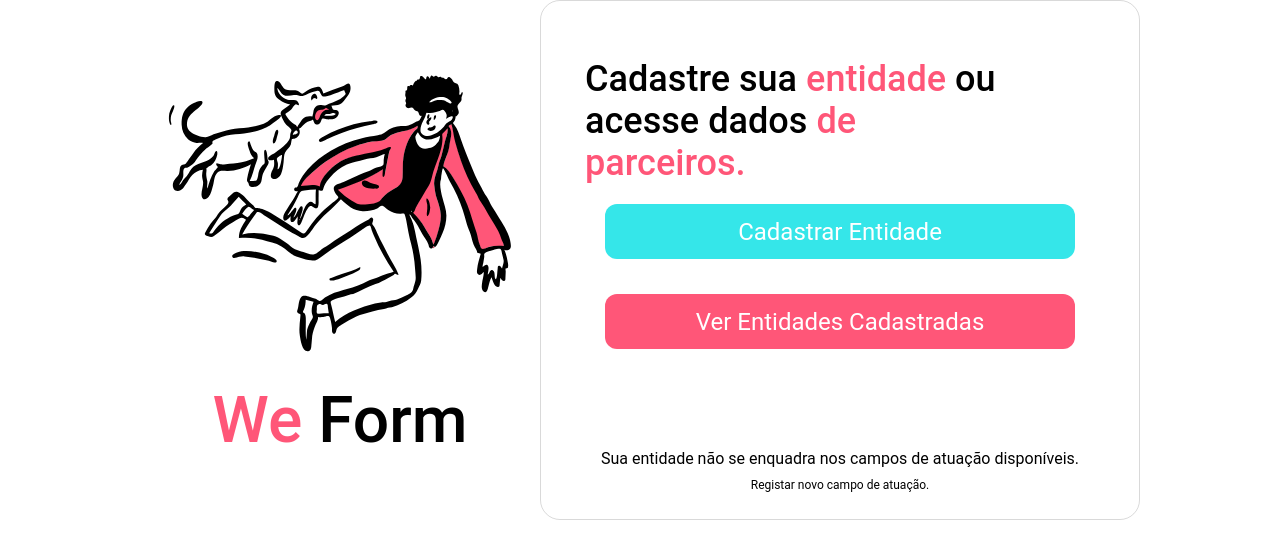
Repository: guilhermecardoso93/we-form
Page: index.html
An editor plug-in stored every save of this project. The page is shown before and after the next save, followed by the edit.
The browser window is 1280 px wide. The pictures show the whole page.

Above is the page before, as saved 2024-06-09 17:45:05.

### index.html
<!DOCTYPE html>
<html lang="pt-BR">

<head>
    <meta charset="UTF-8">
    <meta name="viewport" content="width=device-width, initial-scale=1.0">
    <link rel="stylesheet" href="./styles.css">
    <title>We Form</title>
</head>

<body>
    <div class="content">

        <aside>
            <img src="./assets/hero.svg" alt="Ilustração mulher com cachorro" />
            <h1>
                <span>We</span> Form
            </h1>
        </aside>

        <main>
            <h2>Cadastre sua <span>entidade</span> ou acesse dados <span>de parceiros.</span></h2>
            <div class="buttons">
                <button>
                <a href="http://">Cadastrar Entidade</a>
            </button>
                <button>
                <a href="http://">Ver Entidades Cadastradas</a>
            </button>
            </div>
            <div class="footer">
                <p>Sua entidade não se enquadra nos campos de atuação disponíveis.</p>
                <a href="http://">Registar novo campo de atuação.</a>
            </div>
        </main>
    </div>
</body>

</html>

### styles.css
* {
  padding: 0;
  margin: 0;
  box-sizing: border-box;
  font-family: Roboto, sans-serif;
}

:root {
  font-size: 62.5%;
}

body {
  font-size: 1.6rem;
  text-decoration: none;
}

.content {
 display: flex;
 align-items: center;
 justify-content:center;
}


aside {
  display: flex;
  flex-direction: column;
  align-items: center;
  justify-content: center;
  gap: 2rem;
}

aside h1 {
  font-size: 6.4rem;
  font-weight: 500;
  line-height: 75px;
}

aside h1>span, main h2>span {
  color: #FF5678;
}

aside img {
  width: 40rem;
}


main {
  width: 60rem;
  height: 52rem;
  border: 1px solid rgba(0, 0, 0, 0.15);
  border-radius: 20px;
  padding: 5.7rem 4.4rem;
}

main h2 {
  max-width: 43rem;
  font-size: 3.6rem;
  font-weight: 500;
}

.buttons {
  display: flex;
  flex-direction: column;
  justify-content: center;
  gap: 3.5rem;
  margin: 2rem;
}


.buttons button {
  background-color: #35e6e9;
  height: 5.5rem;
  border: none;
  border-radius: 12px;
}

.buttons button:hover {
  opacity: 0.5;
}

.buttons button a {
  text-decoration: none;
  color: #fff;
  font-size: 2.4rem;
}

.buttons button+button {
  background-color: #FF5678;
}

.footer {
  display: flex;
  flex-direction: column;
  align-items: center;
  justify-content: center;
  gap: 1rem;
}

.footer p {
  font-size: 1.6rem;
  margin-top: 8rem;
}

.footer a {
  font-size: 1.2rem;
  color: #000;
  text-decoration: none;
}

After the next save:
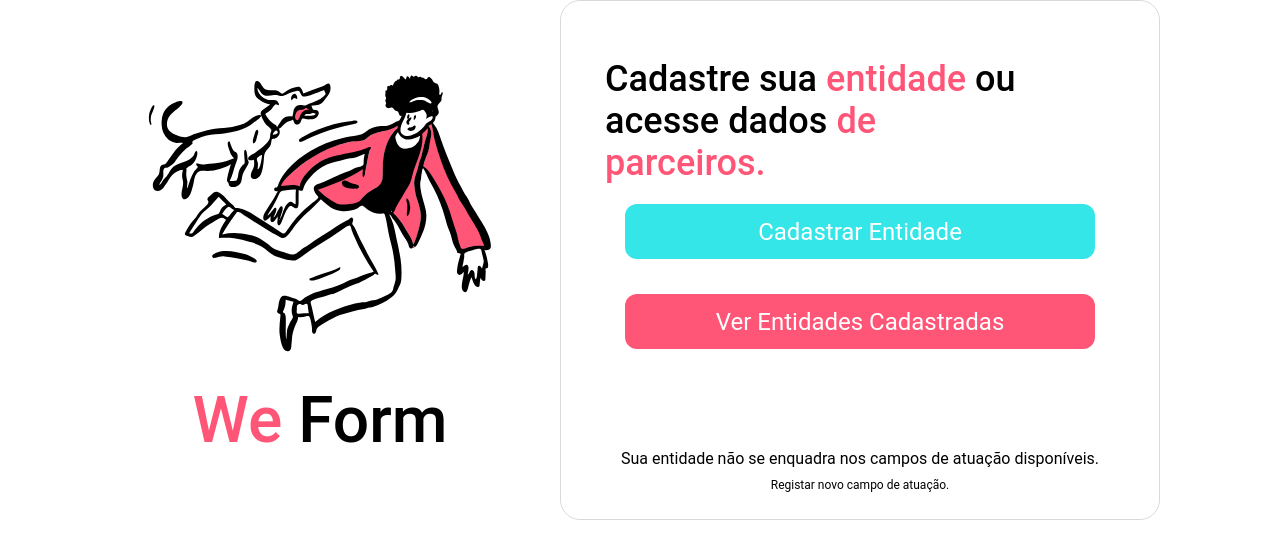
Saved 10 s later.
--- a/styles.css
+++ b/styles.css
@@ -18,6 +18,7 @@ body {
  display: flex;
  align-items: center;
  justify-content:center;
+ gap: 4rem;
 }
 
 
